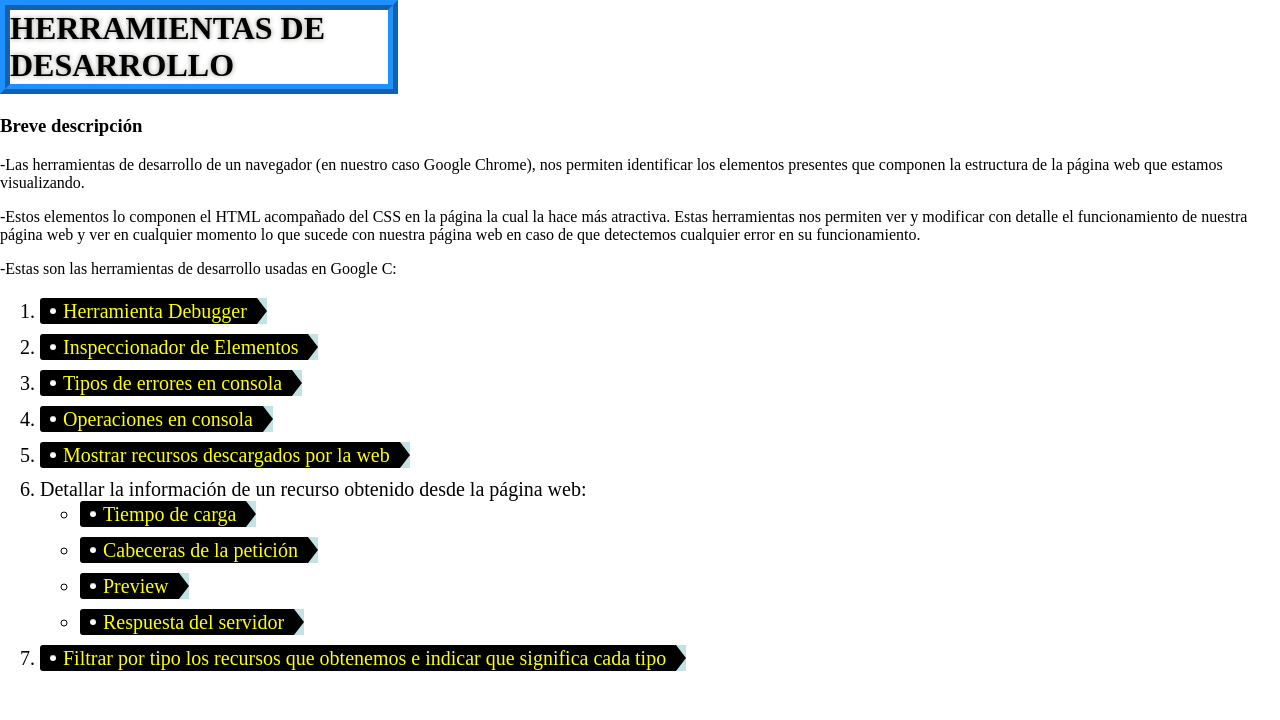
Repository: VictorinoBF97/HerramientasDesarollo
Page: indice.html
The author's editor kept a copy of each file at every save. The page is drawn from the files as they stood at one save, then again after the next save.
The browser window is 1280 px wide. The pictures show the whole page.
Pictures or frames that could not be fetched are drawn as grey boxes.

Above is the page before, as saved 2018-11-26 09:37:59.
Console error: SyntaxError: Unexpected token '{'

### indice.html
<!DOCTYPE <!DOCTYPE html>
<html>
<head>
    <meta charset="utf-8" />
    <meta http-equiv="X-UA-Compatible" content="IE=edge">
    <title>FUNCIONALIDADES HERRAMIENTAS DE DESARROLLO PARA GOOGLE CHROME</title>
    <meta name="viewport" content="width=device-width, initial-scale=1">
    <link rel="stylesheet" type="text/css" media="screen" href="./css/styles.css" />
    <script src="./javascript/fondo.js"></script>
</head>
<body>
    <div>
    <h1 class="titulo">HERRAMIENTAS DE DESARROLLO</h1>
    </div>
    <h3>Breve descripción</h3>
    <div class="contenido">
        <p>-Las herramientas de desarrollo de un navegador (en nuestro caso Google Chrome),
        nos permiten identificar los elementos presentes que componen la estructura de la
        página web que estamos visualizando.</p>
        <p>-Estos elementos lo componen el HTML acompañado
        del CSS en la página la cual la hace más atractiva. Estas herramientas nos permiten
        ver y modificar con detalle el funcionamiento de nuestra página web y ver en cualquier
        momento lo que sucede con nuestra página web en caso de que detectemos cualquier error
        en su funcionamiento.</p>
    </div>
    <div>
        -Estas son las herramientas de desarrollo usadas en Google C:
    </div>

    <ol class="indice">
        <li><a href="./debugger.html" target="_self">Herramienta Debugger</a></li>

        <li><a href="./inspeccionarElemento.html" target="_self">Inspeccionador de Elementos</a></li>

        <li><a href="./tiposErrores.html" target="_self">Tipos de errores en consola</a></li>

        <li><a href="./operaciones.html" target="_self">Operaciones en consola</a></li>

        <li><a href="./mostrarRecursos.html" target="_self">Mostrar recursos descargados por la web</a></li>

        <li>Detallar la información de un recurso obtenido desde la página web:</a>
            <ul>
                <li><a href="timing.html" target="_self">Tiempo de carga</a></li>
                <li><a href="headers.html" target="_self">Cabeceras de la petición</a></li>
                <li><a href="preview.html" target="_self">Preview</a></li>
                <li><a href="response.html" target="_self">Respuesta del servidor</a></li>
            </ul>
        </li>

        <li><a href="./informacionRecursos.html" target="_self">Filtrar por tipo los recursos que obtenemos e indicar que significa cada tipo</a></li>
    </ol>


</body>
</html>

### css/styles.css
html, body {
    margin: 0; padding: 0;
  }
  .hero-bkg-animated {
    background: gray url(https://subtlepatterns.com/patterns/geometry2.png) repeat 0 0;
    width: 100%;
    margin: 0;
    text-align: center;
    height: 300px;
    padding-top: 120px;
    box-sizing: border-box;
    -webkit-animation: slide 20s linear infinite;
  }

  .titulo h1 {
    font-family: sans-serif;
  }

  @-webkit-keyframes slide {
      from { background-position: 0 0; }
      to { background-position: -400px 0; }
  }

.titulo{
    text-shadow: 0px 0px 5px rgb(152, 153, 147);
    border: 10px ridge #1E90FF;
    width: 29.5%;

}
/* body{
    font: 16px/1.5 'PT Sans', serif;
    font-weight: bold;
    overflow: hidden;
    padding-left: 25px;
    padding-top: 25px;
} */

.indice{
    font-size: 125%;

}
a{
    background: rgb(0, 0, 0);
  border-radius: 3px 0 0 3px;
  color: yellow;
  display: inline-block;
  height: 26px;
  line-height: 26px;
  padding: 0 20px 0 23px;
  position: relative;
  margin: 0 10px 10px 0;
  text-decoration: none;
  -webkit-transition: color 0.2s;
}
a::before {
    background: #fff;
    border-radius: 10px;
    box-shadow: inset 0 1px rgba(0, 0, 0, 0.25);
    content: '';
    height: 6px;
    left: 10px;
    position: absolute;
    width: 6px;
    top: 10px;
  }

  a::after {
    background: rgb(194, 226, 228);
    border-bottom: 13px solid transparent;
    border-left: 10px solid black;
    border-top: 13px solid transparent;
    content: '';
    position: absolute;
    right: 0;
    top: 0;
  }

  a:hover {
    background-color: crimson;
    color: white;
  }

  a:hover::after {
     border-left-color: crimson;
  }

  /* VOLVER AL ÍNDICE */
  .volver::after{
    background:rgb(194, 226, 228);
    border-bottom: 13px solid transparent;
    border-left: 10px solid black;
    border-top: 13px solid transparent;
    content: '';
    position: absolute;
    right: 0;
    top: 0;

  }

  .volver:hover {
    background-color: crimson;
    color: white;
  }

  .volver:hover::after {
     border-right-color: crimson;
  }

### javascript/fondo.js
body {
    background: radial-gradient(black 15%, transparent 16%) 0 0, radial-gradient(black 15%, transparent 16%) 8px 8px, radial-gradient(rgba(255,255,255,.1) 15%, transparent 20%) 0 1px, radial-gradient(rgba(255,255,255,.1) 15%, transparent 20%) 8px 9px;
    background-color:#282828;
    background-size:16px 16px;

    // Background not created by me
    // Resource: http://lea.verou.me/css3patterns/#carbon-fibre
  }

After the next save:
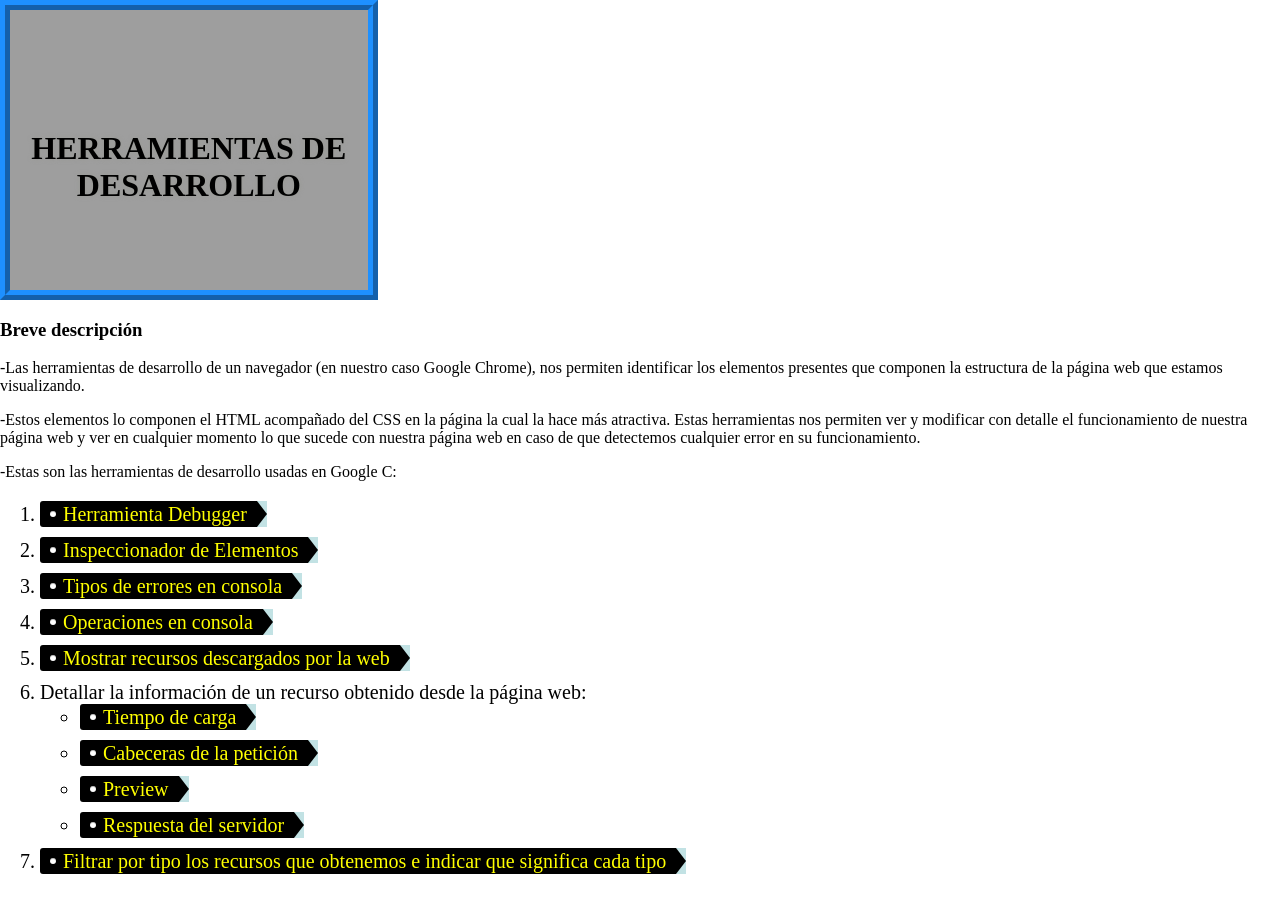
Saved 9 s later.
--- a/css/styles.css
+++ b/css/styles.css
@@ -1,7 +1,7 @@
 html, body {
     margin: 0; padding: 0;
   }
-  .hero-bkg-animated {
+  .titulo {
     background: gray url(https://subtlepatterns.com/patterns/geometry2.png) repeat 0 0;
     width: 100%;
     margin: 0;
